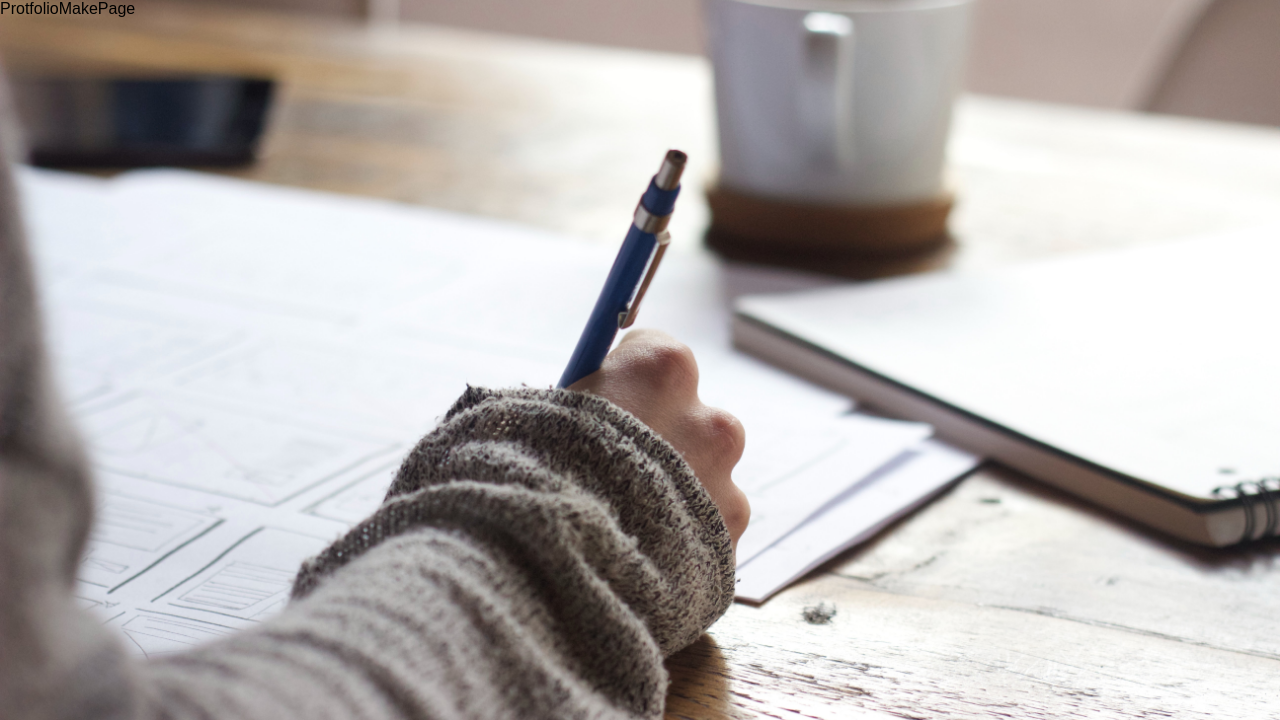
Repository: SeungYn/poje-frontend
Page: /portfolio/make
The author's editor kept a copy of each file at every save. The page is drawn from the files as they stood at one save, then again after the next save.
The browser window is 1280 px wide. The pictures show the whole page.
The project was rebuilt for these pictures with package versions that can differ from the ones it lists, and the page was loaded fresh each time. Also part of the build but not shown: craco.config.js, src/components/auth/styledComponets.ts, src/components/auth/AuthLoginForm.tsx, src/components/auth/AuthSideBanner.tsx, src/components/auth/AuthSignUpForm.tsx, src/components/auth/AuthFormTemplate.tsx, src/components/auth/Login.tsx, src/components/auth/SignUp.tsx and 16 more.

Above is the page before, as saved 2023-01-16 21:32:38.

### src/index.tsx
import React from 'react';
import ReactDOM from 'react-dom/client';
import { RouterProvider } from 'react-router-dom';
import { ThemeProvider } from 'styled-components';
import { router } from './router';
import { GlobalStyle } from './styledComponents/styledComponents';
import { mainTheme } from './styledComponents/theme';
import './index.css';

const root = ReactDOM.createRoot(
  document.getElementById('root') as HTMLElement
);

root.render(
  <React.StrictMode>
    <GlobalStyle />
    <ThemeProvider theme={mainTheme}>
      <RouterProvider router={router}></RouterProvider>
    </ThemeProvider>
  </React.StrictMode>
);

### src/router.tsx
import { createBrowserRouter } from 'react-router-dom';
import Login from './components/auth/Login';
import SignUp from './components/auth/SignUp';
import AuthRoot from './pages/auth';
import JobPages from './pages/home/JobPages';
import MainPage from './pages/home/MainPage';
import Root from './pages/home/Root';
import NotFound from './pages/notFound/NotFound';
import PortfolioMain from './pages/portfolio/PortfolioMain';
import PortfolioMakePage from './pages/portfolio/PortfolioMakePage';
import PortfolioRootPage from './pages/portfolio/PortfolioRootPage';

export const router = createBrowserRouter([
  {
    path: '/',
    element: <Root />,
    children: [
      { path: '', element: <MainPage /> },
      // { path: 'job', element: <JobPages /> },
      { path: 'job/:type', element: <JobPages /> },
    ],
    errorElement: <NotFound />,
  },
  {
    path: '/portfolio',
    element: <PortfolioRootPage />,
    children: [{ path: ':id', element: <PortfolioMain /> }],
    errorElement: <NotFound />,
  },
  {
    path: '/portfolio/make',
    element: <PortfolioMakePage />,
    errorElement: <NotFound />,
  },
  {
    path: '/auth',
    element: <AuthRoot />,
    children: [
      { path: 'login', element: <Login /> },
      { path: 'signup', element: <SignUp /> },
    ],
    errorElement: <NotFound />,
  },
]);

### src/styledComponents/styledComponents.ts
import styled, { createGlobalStyle } from 'styled-components';
export const GlobalStyle = createGlobalStyle`
  @import url('https://fonts.googleapis.com/css2?family=Source+Sans+Pro:wght@300;400&display=swap');
  html, body, div, span, applet, object, iframe,
h1, h2, h3, h4, h5, h6, p, blockquote, pre,
a, abbr, acronym, address, big, cite, code,
del, dfn, em, img, ins, kbd, q, s, samp,
small, strike, strong, sub, sup, tt, var,
b, u, i, center,
dl, dt, dd, menu, ol, ul, li,
fieldset, form, label, legend,
table, caption, tbody, tfoot, thead, tr, th, td,
article, aside, canvas, details, embed,
figure, figcaption, footer, header, hgroup,
main, menu, nav, output, ruby, section, summary,
time, mark, audio, video {
  margin: 0;
  padding: 0;
  border: 0;



}
/* HTML5 display-role reset for older browsers */
article, aside, details, figcaption, figure,
footer, header, hgroup, main, menu, nav, section {
  display: block;
}
/* HTML5 hidden-attribute fix for newer browsers */
*[hidden] {
    display: none;
}
body {

}
menu, ol, ul {
  list-style: none;
}
blockquote, q {
  quotes: none;
}
blockquote:before, blockquote:after,
q:before, q:after {
  content: '';
  content: none;
}

input[type="text"]{
  outline: none;

}
table {
  border-collapse: collapse;
  border-spacing: 0;
}

button{
  outline: none;
  background:none;
  border:none;
  cursor:pointer;
  padding:0;
}

*{
  box-sizing: border-box;
}
html{
	height:100%;
}
body {
  font-family: 'Source Sans Pro', sans-serif;
	height:100%;


}

a{
  text-decoration:none;
  color:inherit;
}
`;

// common

export const CommonBtn = styled.button`
  display: flex;
  padding: 0.6rem 1.2rem;
  border-radius: 2rem;
  justify-content: center;
  align-items: center;
`;

export const ImgContainer = styled.div<{ imgUrl: string }>`
  position: relative;
  width: 100%;
  height: 100vh;
  background-image: linear-gradient(rgba(0, 0, 0, 0.1), rgba(0, 0, 0, 0.3)),
    url(${(props) => props.imgUrl});
  background-size: cover;
  background-position: center;
  background-attachment: fixed;
  display: flex;
  justify-content: center;
  align-items: center;
`;

export const MainButton = styled.button`
  display: flex;
  flex-direction: column;
  align-items: center;
  justify-content: center;
  font-size: 2rem;
  font-weight: bold;
  color: ${(props) => props.theme.textAccentColor};
  border: 2px solid ${(props) => props.theme.textAccentColor};
  border-radius: 5rem;
  padding: 0.8rem 2rem;

  & span {
    position: relative;
  }

  & span::after {
    position: absolute;
    left: 0;
    bottom: 0;
    content: '';
    width: 0%;
    height: 4px;
    background-color: ${(props) => props.theme.textAccentColor};
    transition: width 0.1s linear;
  }

  &:hover span::after {
    width: 100%;
  }
`;

### src/styledComponents/theme.ts
import { DefaultTheme } from 'styled-components';

export const mainTheme: DefaultTheme = {
  mainColor: '#f2deba',
  mainColorDark: 'rgb(147,136,140)',
  mainColorThickDark: 'rgb(51,52,57)',
  mainColorSemiDark: '#DECDAC',
  mainColorLight: 'rgb(237,234,215)',
  bgColor: 'white',
  darkBgColor: 'rgba(0, 0, 0, 0.1)',
  textColor: 'black',
  textAccentColor: 'white',
  accentColor: '#9c88ff',

  borderColor: '#eeeeee',
};

### src/index.css
#root {
  height: 100%;
  display: flex;
  flex-direction: column;
  overflow: hidden;
}

### src/pages/portfolio/PortfolioMakePage.tsx
import styled from 'styled-components';
const BACKGROUND_IMG_URL = `${process.env.PUBLIC_URL}/public_assets/portfolio_write.jpg`;
export default function PortfolioMakePage() {
  return (
    <Container backgroundImgUrl={BACKGROUND_IMG_URL}>
      ProtfolioMakePage
    </Container>
  );
}

const Container = styled.section<{ backgroundImgUrl: string }>`
  background-image: url(${(props) => props.backgroundImgUrl});
  background-position: center;
  background-size: cover;

  height: 100vh;
  width: 100%;
`;

Loaded but not shown: public/index.html (common file)

After the next save:
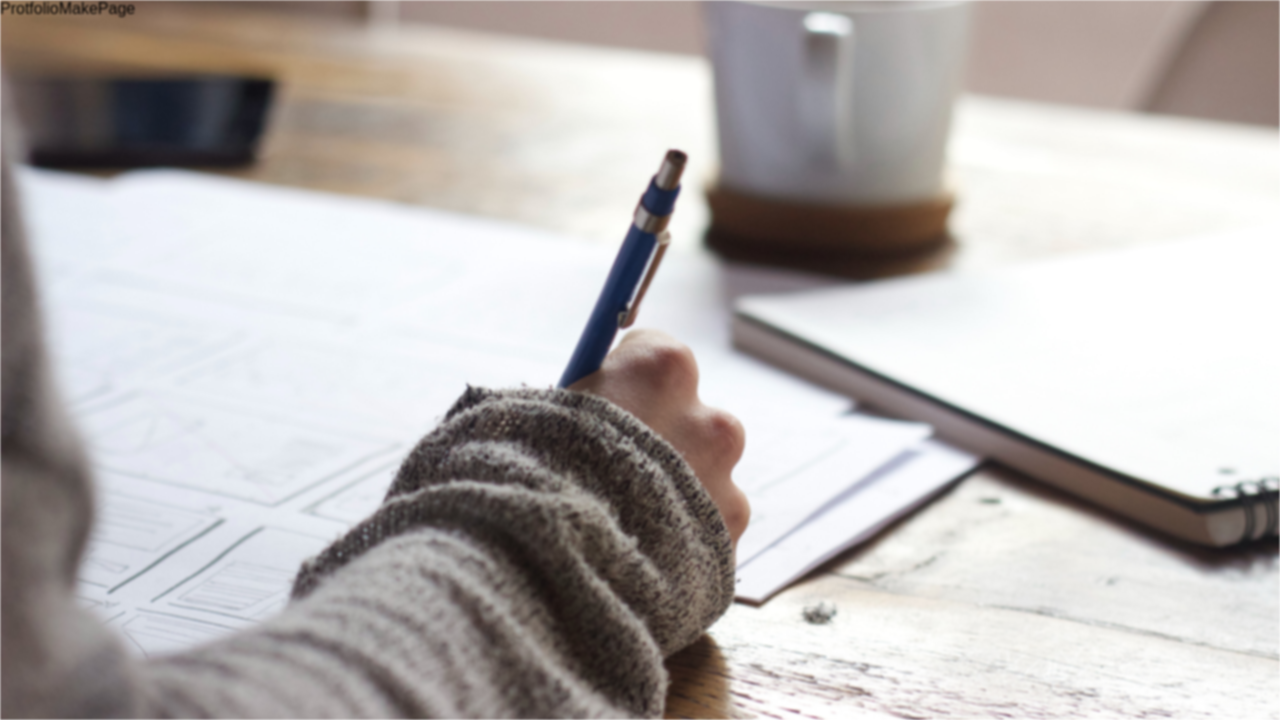
Saved 28 s later.
--- a/src/pages/portfolio/PortfolioMakePage.tsx
+++ b/src/pages/portfolio/PortfolioMakePage.tsx
@@ -12,7 +12,7 @@ const Container = styled.section<{ backgroundImgUrl: string }>`
   background-image: url(${(props) => props.backgroundImgUrl});
   background-position: center;
   background-size: cover;
-
+  filter: blur(1px);
   height: 100vh;
   width: 100%;
 `;
